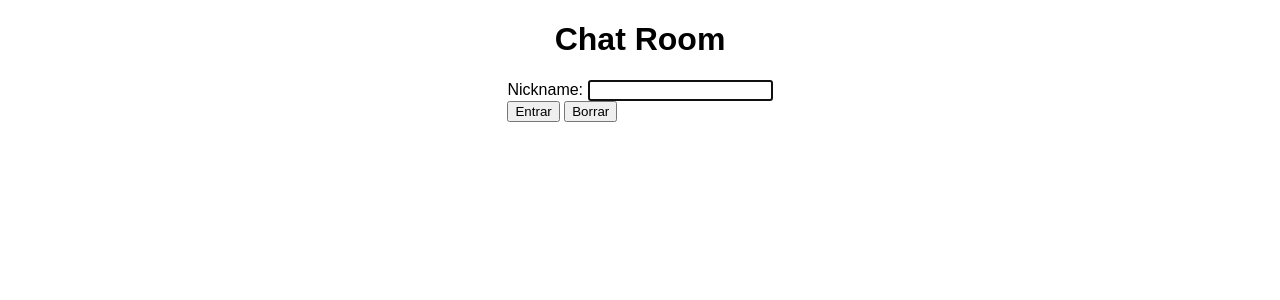
Repository: amtBurgos/SIDI_P3
Page: http://localhost/Practica3ChatWebRecuperacion/
An editor plug-in stored every save of this project. The page is shown before and after the next save, followed by the edit.
The browser window is 1280 px wide. The pictures show the whole page.
The page is served by Tomcat 9. Other server files are loaded and not shown.

Above is the page before, as saved 2017-06-03 17:41:16.

### Practica3ChatWebRecuperacion/src/main/webapp/index.html
<!DOCTYPE html>
<html>
<head>
<title>Chat Room Inicio</title>
<meta http-equiv="Content-Type" content="text/html; charset=UTF-8">
<meta name="description"
	content="Sistemas Distribuidos - Practica 3 Segunda Convocatoria - 09/06/2017">
<meta name="author" content="Andrés Miguel Terán">
<meta name="author" content="Francisco Saiz Güemes">
<link rel="stylesheet" href="./vista/css/index.css">
<script type="text/javascript" src="./vista/js/inicio.js"></script>
</head>
<body>
	<h1>Chat Room</h1>
	<!-- Creamos un formulario que valida el nickname antes de mandarlo al servidor -->
	<div id="divLogin">
		<form action="./CheckUsuario" method="post" name="formularioInicio"
			onsubmit="return validarNickname()">
			Nickname: <input type="text" name="nickname" required="required"
				autofocus="autofocus"> <br>
			<div id="botonesLogin">
				<input type="submit" name="entrar" value="Entrar"> <input
					type="button" name="borrar" value="Borrar"
					onclick="limpiarNickname()">
			</div>
		</form>
	</div>
</body>
</html>

### Practica3ChatWebRecuperacion/src/main/webapp/vista/css/index.css
/*
Fichero CSS para la sala del chat.
*/
* {
	font-family: sans-serif;
}

html {
	display: table;
	margin: auto;
}

h1 {
	text-align: center;
}

### Practica3ChatWebRecuperacion/src/main/webapp/vista/js/inicio.js
/**
 * Comprueba si el nombre es válido o no.
 *
 * @returns true/false si el nombre es válido o no.
 */
function validarNickname() {
	var retorno = false;
	if (document.forms["formularioInicio"]["nickname"].value.trim().length == 0) {
		alert("Rellena el nickname por favor");
		limpiarNickname();
	} else {
		retorno = true;
	}
	return retorno;
}

/**
 * Limpia el input del nickname y lo enfoca.
 */
function limpiarNickname() {
	document.forms["formularioInicio"]["nickname"].value = "";
	document.forms["formularioInicio"]["nickname"].focus();
}

After the next save:
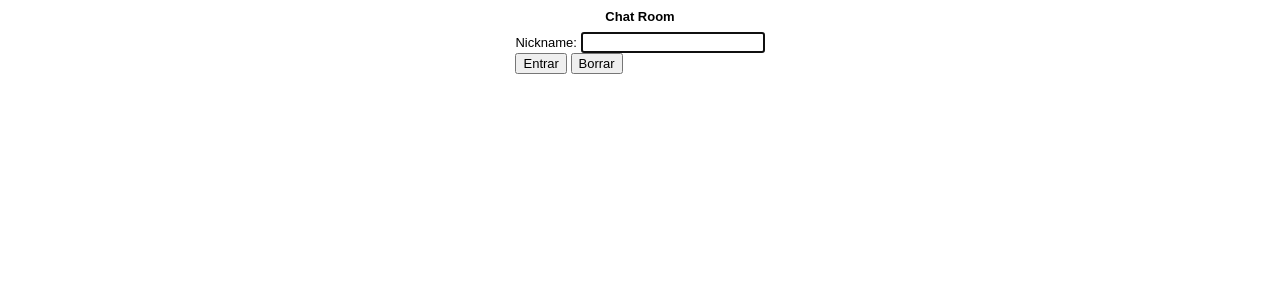
Saved 3 min 51 s later.
--- a/Practica3ChatWebRecuperacion/src/main/webapp/vista/css/index.css
+++ b/Practica3ChatWebRecuperacion/src/main/webapp/vista/css/index.css
@@ -3,6 +3,7 @@
 */
 * {
 	font-family: sans-serif;
+	font-size: small;
 }
 
 html {

After the save that followed:
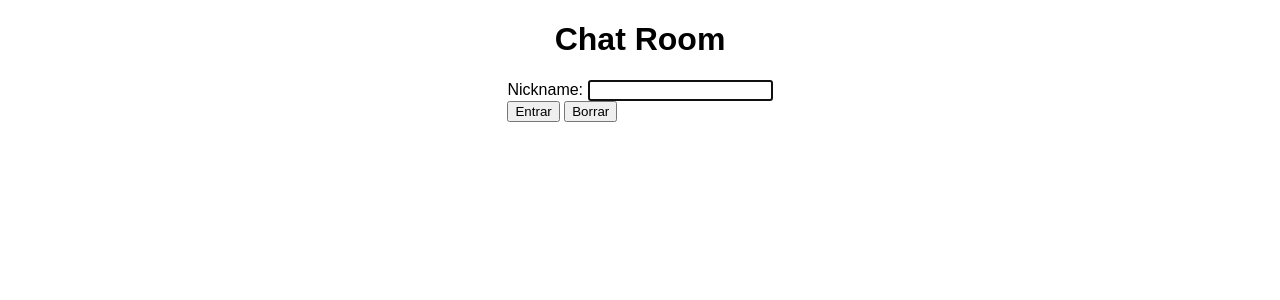
Saved 17 s later.
--- a/Practica3ChatWebRecuperacion/src/main/webapp/vista/css/index.css
+++ b/Practica3ChatWebRecuperacion/src/main/webapp/vista/css/index.css
@@ -3,7 +3,6 @@
 */
 * {
 	font-family: sans-serif;
-	font-size: small;
 }
 
 html {
